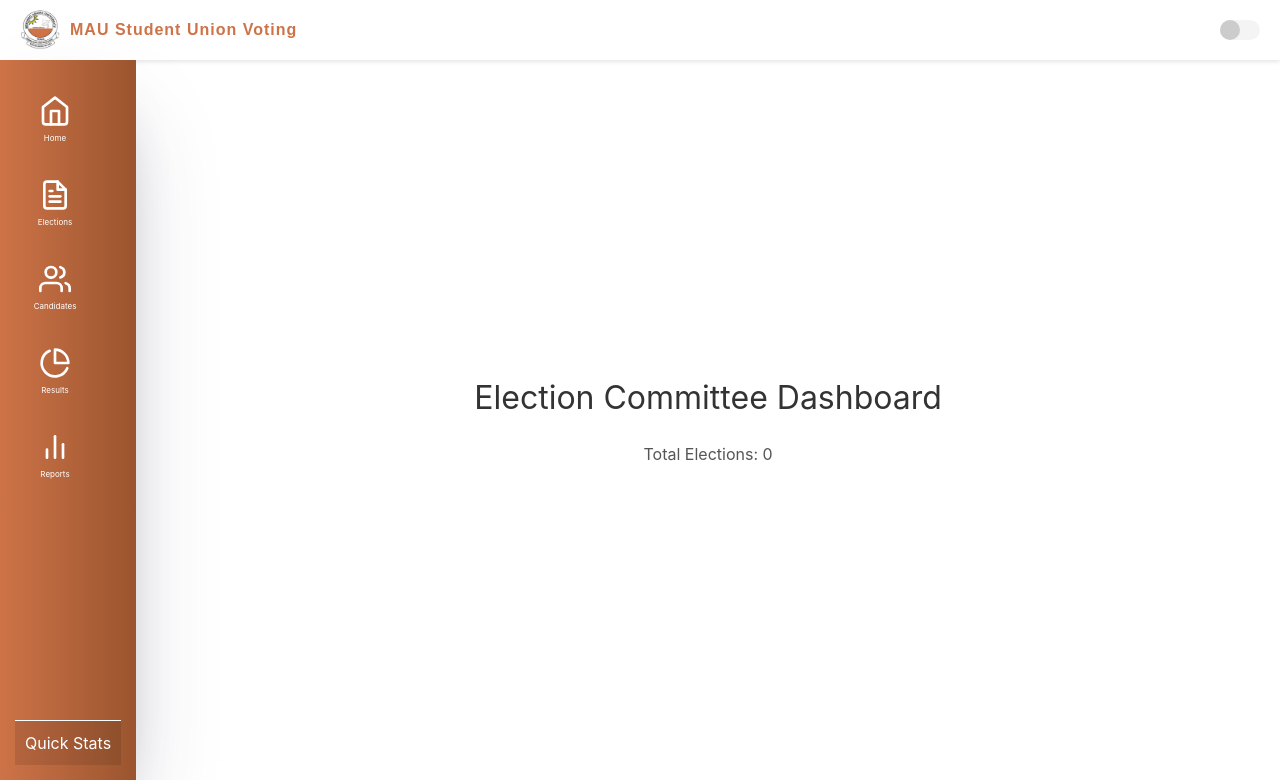
Repository: joena1o/e-vote
Page: /ElectionCommittee-dashboard
The author's editor kept a copy of each file at every save. The page is drawn from the files as they stood at one save, then again after the next save.
The browser window is 1280 px wide. The pictures show the whole page.
The project was rebuilt for these pictures with package versions that can differ from the ones it lists, and the page was loaded fresh each time. Also part of the build but not shown: src/components/EnhancedLogin.js, src/components/maincontent/RegisterStudents/ManageStudents.js, src/components/maincontent/RegisterStudents/RegisterStudents.js, src/components/maincontent/RegisterStudents/StudentManagement.js, src/components/maincontent/ElectionResults/ViewResults.js, src/components/maincontent/ElectionResults/report.js, src/components/maincontent/ElectionResults/ViewElectionResults.js, src/components/maincontent/Settings/Settings.js and 21 more.

Above is the page before, as saved 2023-11-01 22:57:14.

### src/index.js
import React from 'react';
import ReactDOM from 'react-dom/client';
import './index.css';
import App from './App';
import reportWebVitals from './reportWebVitals';
import Modal from 'react-modal';

// Set the app element for the modal for accessibility purposes
Modal.setAppElement('#root');

const root = ReactDOM.createRoot(document.getElementById('root'));
root.render(
  <React.StrictMode>
    <App />
  </React.StrictMode>
);

// If you want to start measuring performance in your app, pass a function
// to log results (for example: reportWebVitals(console.log))
// or send to an analytics endpoint. Learn more: https://bit.ly/CRA-vitals
reportWebVitals();

### src/App.js
import React from 'react';
import { BrowserRouter as Router, Routes, Route, Navigate } from 'react-router-dom';
import EnhancedLogin from './components/EnhancedLogin';
import AdminDashboard from './components/AdminDashboard';
import StudentDashboard from './components/StudentDashboard';
import { ChakraProvider, ColorModeProvider, Button, useColorMode } from '@chakra-ui/react';
import { Provider } from 'react-redux';
import store from './Redux/store';
import ElectionCommitteeDashboard from './components/maincontent/ElectionCommitteeDashboard';

// Component to toggle dark mode
function DarkModeToggle() {
  const { colorMode, toggleColorMode } = useColorMode();
  return (
    <Button onClick={toggleColorMode} position="fixed" m={4} zIndex={10}>
      Toggle {colorMode === 'light' ? 'Dark' : 'Light'}
    </Button>
  );
}

function App() {
  // Check if the current route is not the "/login" route, then render the DarkModeToggle
  // const isLoginPage = window.location.pathname === '/login';

  return (
    <Provider store={store}>
      <ChakraProvider>
        <ColorModeProvider options={{ useSystemColorMode: true }}>
          <Router>
            <Routes>
              {/* Define your routes */}
              <Route path="/login" element={<EnhancedLogin />} />
              <Route path="/admin-dashboard/*" element={<AdminDashboard />} />
              <Route path="/ElectionCommittee-dashboard/*" element={<ElectionCommitteeDashboard />} />
              <Route path='/student-dashboard/*' element={<StudentDashboard />} />
              {/* Redirect root to /admin-dashboard */}
              <Route path="/" element={<Navigate to="/admin-dashboard" replace />} />
            </Routes>
          </Router>
          {/* Render DarkModeToggle only if not on the "/login" page */}
          {/* {!isLoginPage && <DarkModeToggle />} */}
        </ColorModeProvider>
      </ChakraProvider>
    </Provider>
  );
}

export default App;

### src/Redux/store.js
import { configureStore } from '@reduxjs/toolkit';
import electionReducer from './electionSlice';
import studentsReducer from './studentsSlice';
import candidatesReducer from './CandidateSlice'; // Import the candidates reducer

const store = configureStore({
  reducer: {
    elections: electionReducer,
    students: studentsReducer,
    candidates: candidatesReducer, // Add the candidates reducer here
  },
});

export default store;

### src/components/maincontent/ElectionCommitteeDashboard.js
// ElectionCommitteeDashboard.js
import React from 'react';
import { Routes, Route } from 'react-router-dom';
import ElectionCommitteeSidebar from './ElectionCommitteeSidebar';
import Navbar from '../Navbar';
import styled from 'styled-components';
import ElectionList from './ManageElections/ElectionList';
import ViewResults from './ElectionResults/ViewResults';
import ElectionCommitteeHome from './home/ElectionCommitteeHome';
import CandidatesScreening from './CandidateScreening/CandidateScreening';



const Container = styled.div`
  display: flex;
  flex-direction: column;
  height: 100vh;
  width: 100%;
`;

const Content = styled.div`
  display: flex;
  flex: 1;
`;

const ElectionCommitteeDashboard = () => {
  return (
    <Container>
      <Navbar />
      <Content>
        <ElectionCommitteeSidebar />
        <Routes>
          <Route index element={<ElectionCommitteeHome />} />

          <Route path="election-list" element={<ElectionList />} />
          <Route path="candidates-screening" element={<CandidatesScreening />} />
          <Route path="view-results" element={<ViewResults />} />

        </Routes>
      </Content>
    </Container>
  );
};

export default ElectionCommitteeDashboard;

### src/components/Navbar.js
import React from 'react';
import styled, { createGlobalStyle } from 'styled-components';
import logo from '../assets/school_logo.jpg';
import { useColorMode } from '@chakra-ui/react';

const GlobalStyle = createGlobalStyle`
  body {
    background-color: ${props => (props.theme === 'dark' ? '#333' : '#fff')};
    color: ${props => (props.theme === 'dark' ? '#fff' : '#000')}; // Set other component texts to black in light mode
  }
`;

const Header = styled.header`
  background: ${props => (props.theme === 'dark' ? '#333' : '#fff')};
  color: ${props => (props.theme === 'dark' ? '#fff' : '#ce7348')}; // Set navbar text to brown in light mode
  padding: 10px 20px;
  display: flex;
  align-items: center;
  justify-content: flex-start;
  box-shadow: 0px 2px 4px rgba(0, 0, 0, 0.1);
  font-family: 'Poppins', sans-serif;
`;


const Logo = styled.img`
  width: 40px;
  height: 40px;
  border-radius: 20px;
  margin-right: 10px;
`;

const Title = styled.h1`
  margin: 0;
  padding: 0;
  font-size: 1rem;
  font-weight: 600;
  letter-spacing: 1px;
`;

const ToggleSlider = styled.label`
  display: flex;
  align-items: center;
  cursor: pointer;
  margin-left: auto;
`;

const SliderInput = styled.input.attrs({ type: 'checkbox' })`
  display: none;
`;

const Slider = styled.div`
  width: 40px;
  height: 20px;
  background-color: ${props => (props.theme === 'dark' ? '#333' : '#f4f4f4')};
  border-radius: 20px;
  position: relative;
  transition: background-color 0.3s ease;
  cursor: pointer;

  &::after {
    content: '';
    width: 20px;
    height: 20px;
    border-radius: 50%;
    background-color: ${props => (props.theme === 'dark' ? '#fff' : '#ccc')};
    position: absolute;
    top: 50%;
    transform: translateY(-50%);
    left: ${props => (props.theme === 'dark' ? '20px' : '0')};
    transition: left 0.3s ease;
  }
`;

function Navbar() {
  const { colorMode, toggleColorMode } = useColorMode();

  return (
    <>
      <GlobalStyle theme={colorMode} />
      <Header theme={colorMode}>
        <Logo src={logo} alt="University Logo" />
        <Title>MAU Student Union Voting</Title>
        <ToggleSlider>
          <SliderInput type="checkbox" onChange={toggleColorMode} />
          <Slider theme={colorMode} />
        </ToggleSlider>
      </Header>
    </>
  );
}

export default Navbar;

### src/Redux/electionSlice.js
/*import { createSlice, createAsyncThunk } from '@reduxjs/toolkit';
import { API, graphqlOperation } from 'aws-amplify';
import { createElection as createElectionAPI } from '../graphql/mutations';

export const createElection = createAsyncThunk(
  'elections/createElection',
  async (election, { rejectWithValue }) => {
    try {
      const result = await API.graphql(graphqlOperation(createElectionAPI, { input: election }));
      return result.data.createElection;
    } catch (error) {
      return rejectWithValue(error);
    }
  }
);

const electionSlice = createSlice({
  name: 'elections',
  initialState: [],
  reducers: {},
  extraReducers: (builder) => {
    builder.addCase(createElection.fulfilled, (state, action) => {
      state.push(action.payload);
    });
  },
});

export default electionSlice.reducer;
*/

### src/Redux/studentsSlice.js
import { createSlice } from '@reduxjs/toolkit';

export const studentsSlice = createSlice({
  name: 'students',
  initialState: [],
  reducers: {
    addStudents: (state, action) => {
      // Add students to the Redux store
      action.payload.forEach(student => {
        state.push(student);
      });
    },
  },
});

export const { addStudents } = studentsSlice.actions;

export default studentsSlice.reducer;

### src/Redux/CandidateSlice.js

import { createSlice } from '@reduxjs/toolkit';

export const candidatesSlice = createSlice({
  name: 'candidates',
  initialState: [],
  reducers: {
    setCandidates: (state, action) => {
      return action.payload;
    },
  },
});

export const { setCandidates } = candidatesSlice.actions;
export default candidatesSlice.reducer;

### src/components/maincontent/ElectionCommitteeSidebar.js
import React from 'react';
import styled from 'styled-components';
import { Link } from 'react-router-dom';
import { FiHome, FiFileText, FiUsers, FiPieChart, FiBarChart2, FiTrendingUp } from 'react-icons/fi';
import { useColorMode } from '@chakra-ui/react';


const SidebarContainer = styled.nav`
  background: ${props => (props.theme === 'dark' ? '#333' : 'linear-gradient(to right, #ce7348, #9a552e)')};
  padding: 15px;
  height: 100vh;
  color: #fff;
  box-shadow: rgba(50, 50, 93, 0.25) 0px 50px 100px -20px, rgba(0, 0, 0, 0.3) 0px 30px 60px -30px;
  display: flex;
  flex-direction: column;
`;

const LinkList = styled.ul`
  list-style-type: none;
  padding: 0;
  flex: 1;
`;

const StyledLink = styled(Link)`
  text-decoration: none;
  color: #fff;
  display: flex;
  flex-direction: column;
  align-items: center;
  transition: color 0.3s ease;
  margin-bottom: 15px;
  cursor: pointer;
  font-size: 0.5rem;

  &:hover {
    color: #fce364;
  }

  width: 80px;
  text-align: center;
  word-wrap: break-word;
  overflow-wrap: break-word;
`;

const LinkItem = styled.li`
  display: flex;
  align-items: center;
  margin-top: 20px;
`;

const Icon = styled.div`
  font-size: 2rem;
  color: #fff;

  margin-bottom: 5px;

  ${StyledLink}:hover & {
    color: #fce364;
  }
`;

const QuickStats = styled.div`
  margin-top: auto;
  padding: 10px;
  background: rgba(0, 0, 0, 0.1);
  border-top: 1px solid #fff;
`;

function ElectionCommitteeSidebar() {
  const { colorMode } = useColorMode();

  return (
    <SidebarContainer theme={colorMode}>
      <LinkList>
        <LinkItem>
          <StyledLink to="/ElectionCommittee-dashboard">
            <Icon><FiHome /></Icon>
            Home
          </StyledLink>
        </LinkItem>
        <LinkItem>
          <StyledLink to="/ElectionCommittee-dashboard/election-list">
            <Icon><FiFileText /></Icon>
            Elections
          </StyledLink>
        </LinkItem>
        <LinkItem>
          <StyledLink to="/ElectionCommittee-dashboard/candidates-screening">
            <Icon><FiUsers /></Icon>
            Candidates
          </StyledLink>
        </LinkItem>
        <LinkItem>
          <StyledLink to="/ElectionCommittee-dashboard/view-results">
            <Icon><FiPieChart /></Icon>
            Results
          </StyledLink>
        </LinkItem>
        <LinkItem>
          <StyledLink to="/reports">
            <Icon><FiBarChart2 /></Icon>
            Reports
          </StyledLink>
        </LinkItem>
      </LinkList>
      <QuickStats>
        <h3>Quick Stats</h3>
        {/* Here you can place any quick statistics or relevant data for the admin */}
      </QuickStats>
    </SidebarContainer>
  );
}

export default ElectionCommitteeSidebar;

### src/components/maincontent/home/ElectionCommitteeHome.js

import React from 'react';
import styled from 'styled-components';
import { useElectionsData } from '../../../hooks/useElectionsData';

const HomeContainer = styled.div`
  padding: 20px;
  flex: 1;
  display: flex;
  flex-direction: column;
  justify-content: center;
  align-items: center;
`;

const Title = styled.h1`
  font-size: 2rem;
  color: #333;
  margin-bottom: 20px;
`;

const Statistics = styled.div`
  display: flex;
  flex-direction: column;
  gap: 10px;
`;

const Stat = styled.div`
  font-size: 1rem;
  color: #555;
`;

const ErrorMessage = styled.p`
  color: red;
`;

function ElectionCommitteeHome() {
  const { data, isLoading, error } = useElectionsData();

  if (isLoading) {
    return <p>Loading...</p>;
  }

  if (error) {
    return <ErrorMessage>{error.message}</ErrorMessage>;
  }

  return (
    <HomeContainer>
      <Title>Election Committee Dashboard</Title>
      <Statistics>
        <Stat>Total Elections: {data?.length || 0}</Stat>

      </Statistics>
    </HomeContainer>
  );
}

export default ElectionCommitteeHome;

### src/hooks/useElectionsData.js
// hooks/useElectionsData.js
import { useState, useEffect } from 'react';
import { API, graphqlOperation } from 'aws-amplify';

export const useElectionsData = () => {
  const [data, setData] = useState([]);
  const [isLoading, setIsLoading] = useState(true);
  const [error, setError] = useState(null);

  useEffect(() => {
    const fetchData = async () => {
      try {
        // Replace with your actual query

        setIsLoading(false);
      } catch (err) {
        setError(err);
        setIsLoading(false);
      }
    };

    fetchData();
  }, []);

  return { data, isLoading, error };
};

Loaded but not shown: public/index.html (common file); src/index.css (common file); src/reportWebVitals.js (common file)

After the next save:
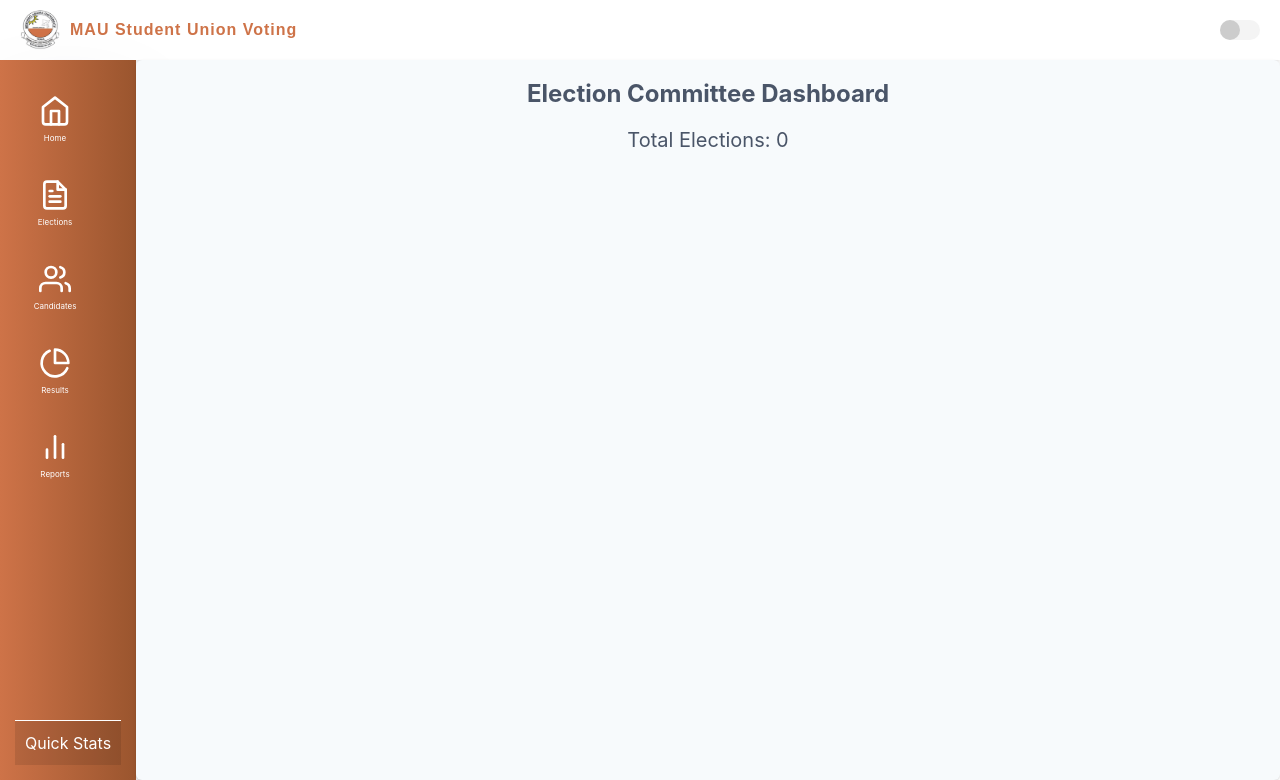
Saved 5 min 20 s later.
--- a/src/components/maincontent/home/ElectionCommitteeHome.js
+++ b/src/components/maincontent/home/ElectionCommitteeHome.js
@@ -1,57 +1,39 @@
-
 import React from 'react';
-import styled from 'styled-components';
+import { Box, VStack, Heading, Text, CircularProgress, useColorModeValue, Alert, AlertIcon } from '@chakra-ui/react';
 import { useElectionsData } from '../../../hooks/useElectionsData';
-
-const HomeContainer = styled.div`
-  padding: 20px;
-  flex: 1;
-  display: flex;
-  flex-direction: column;
-  justify-content: center;
-  align-items: center;
-`;
-
-const Title = styled.h1`
-  font-size: 2rem;
-  color: #333;
-  margin-bottom: 20px;
-`;
-
-const Statistics = styled.div`
-  display: flex;
-  flex-direction: column;
-  gap: 10px;
-`;
-
-const Stat = styled.div`
-  font-size: 1rem;
-  color: #555;
-`;
-
-const ErrorMessage = styled.p`
-  color: red;
-`;
 
 function ElectionCommitteeHome() {
   const { data, isLoading, error } = useElectionsData();
+  const bgColor = useColorModeValue('gray.50', 'gray.800');
+  const textColor = useColorModeValue('gray.600', 'gray.200');
 
   if (isLoading) {
-    return <p>Loading...</p>;
+    return (
+      <Box textAlign="center" py={10}>
+        <CircularProgress isIndeterminate color="green.300" />
+      </Box>
+    );
   }
 
   if (error) {
-    return <ErrorMessage>{error.message}</ErrorMessage>;
+    return (
+      <Alert status="error">
+        <AlertIcon />
+        {error.message}
+      </Alert>
+    );
   }
 
   return (
-    <HomeContainer>
-      <Title>Election Committee Dashboard</Title>
-      <Statistics>
-        <Stat>Total Elections: {data?.length || 0}</Stat>
-
-      </Statistics>
-    </HomeContainer>
+    <Box bg={bgColor} p={5} borderRadius="md" boxShadow="base" flex="1" textAlign="center" w="full">
+      <VStack spacing={4} justify="center" align="center">
+        <Heading fontSize="2xl" color={textColor}>Election Committee Dashboard</Heading>
+        <VStack spacing={2}>
+          <Text fontSize="xl" color={textColor}>Total Elections: {data?.length || 0}</Text>
+          {/* You can add more statistics here */}
+        </VStack>
+      </VStack>
+    </Box>
   );
 }
 
